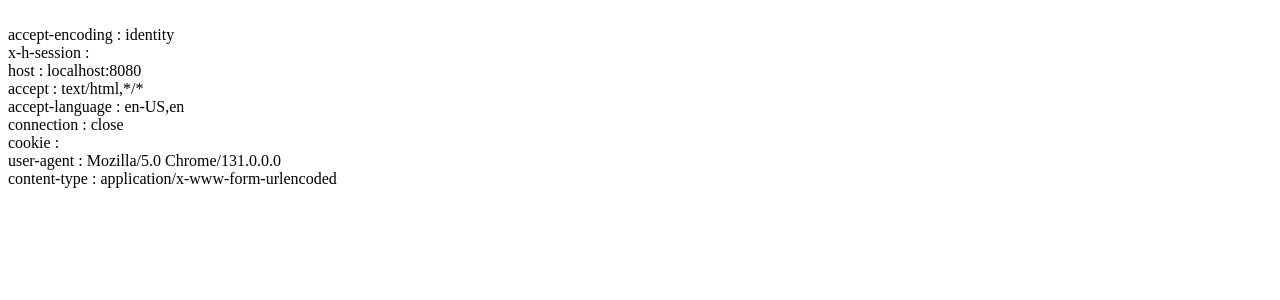
Repository: daelong/ServletJsp
Page: http://localhost/edu/example21.jsp
These files come from the project's save history. The page is drawn as it stood at one moment and after the next save; the edit follows.
The browser window is 1280 px wide. The pictures show the whole page.
The page is served by Tomcat 9.

Above is the page before, as saved 2019-03-18 12:01:06.

After the next save:
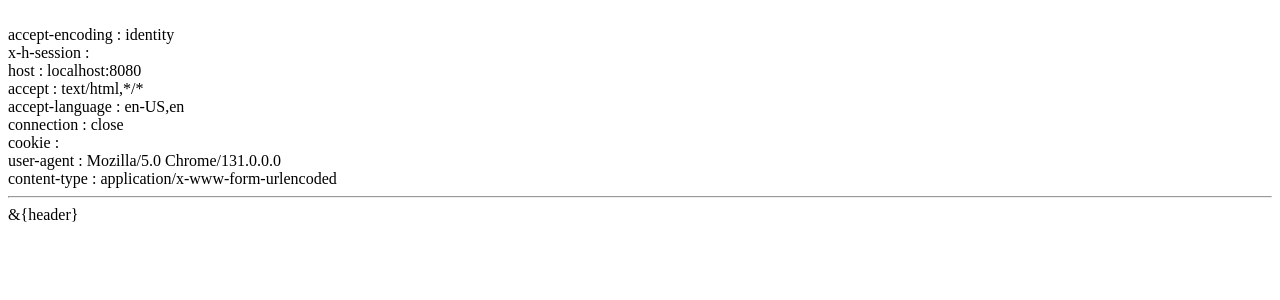
Saved 11 s later.
--- a/edu/WebContent/example21.jsp
+++ b/edu/WebContent/example21.jsp
@@ -11,5 +11,7 @@
 			out.print("<br>" + key + " : " + request.getHeader(key));
 		}
 	%>
+	<hr>
+	&{header}
 </body>
 </html>
